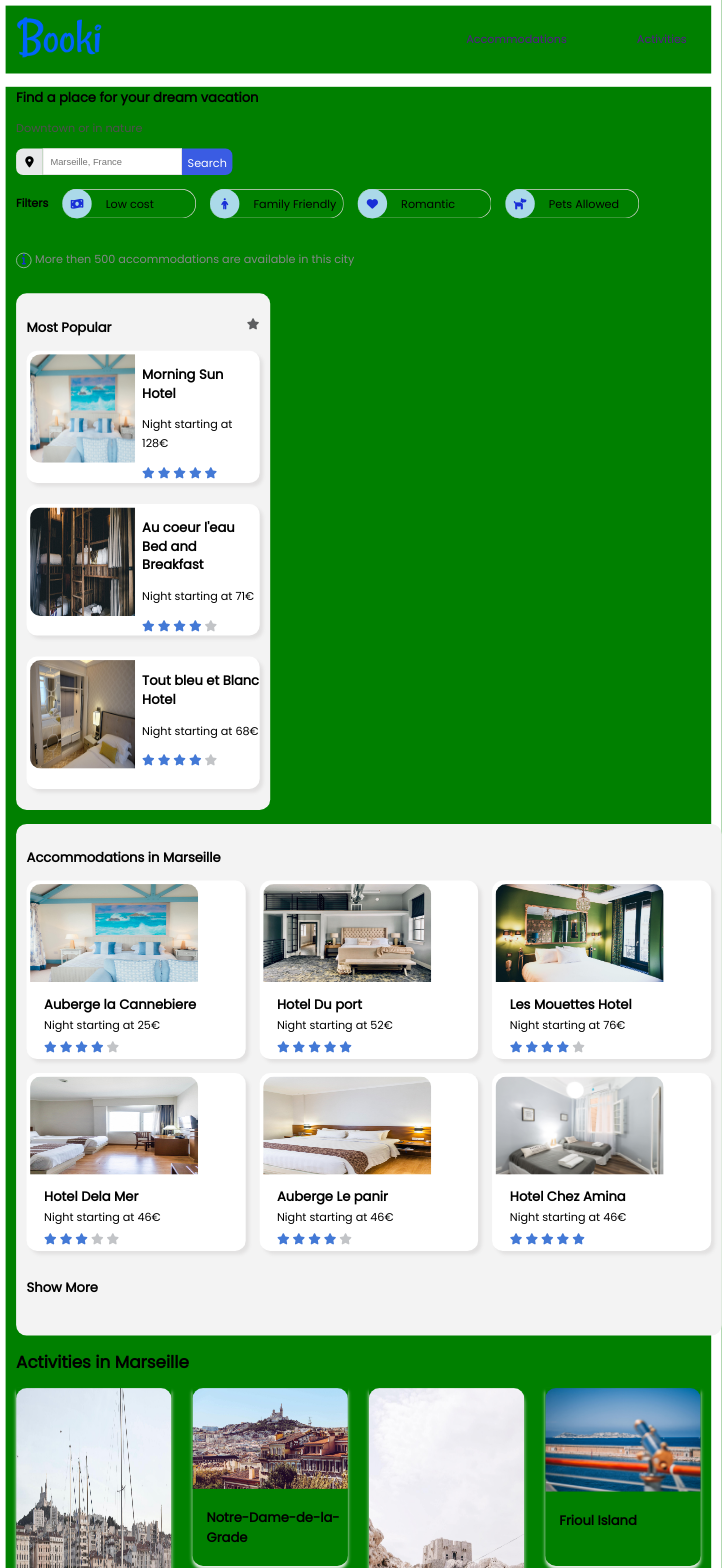
Repository: ailahin/booki
Page: index.html
These files come from the project's save history. The page is drawn as it stood at one moment and after the next save; the edit follows.
The browser window is 1024 px wide. The page is 1031 px wide, so the pictures cover 1031 px, including what lies to the right of the window. The pictures show the part of the page from y = 0 to 2240 px (the page is 2839 px tall before and 2774 px after), at 70% of full size.
Some web fonts or font styles are not loaded; a fallback is used. Some web libraries are served in a nearby version.

Above is the page before, as saved 2023-07-19 03:30:11.

After the next save:
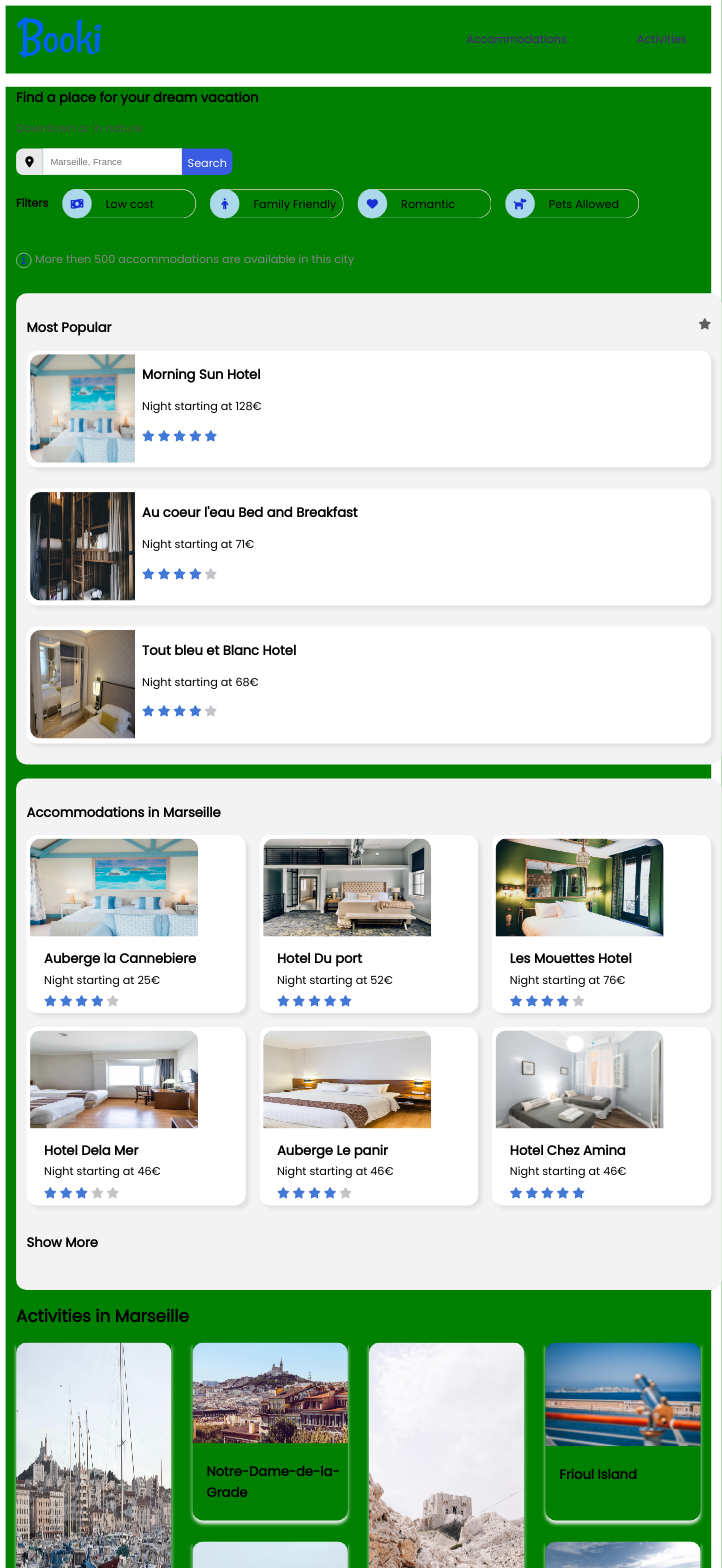
Saved 55 s later.
--- a/css/index.css
+++ b/css/index.css
@@ -427,6 +427,22 @@ margin-bottom: 5px;
 
     }
 
+    .most-popular{
+        width: 100%;
+
+    }
+
+
+    .most-popular-details img{
+        width:150px;
+        height: 155px;
+        border-top-left-radius: 15px;
+        border-bottom-left-radius: 15px;
+        margin-top: 2px;
+        margin-left: 2px;
+
+    }
+
 
 
 
